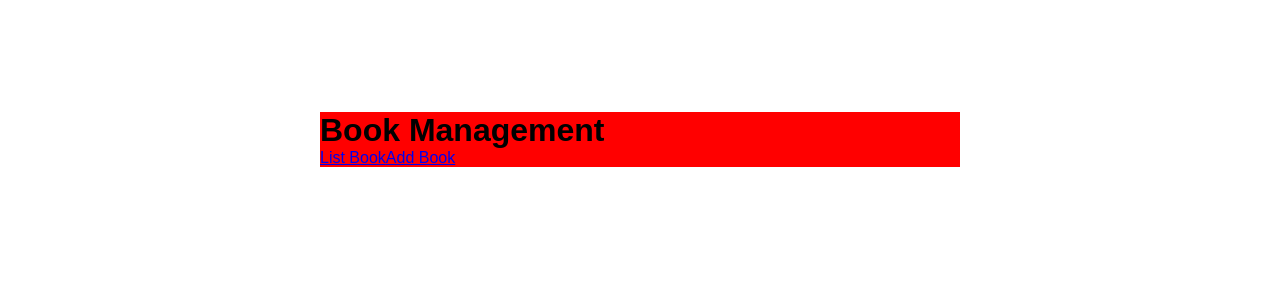
Repository: wakoya-tech/e-library-app1
Page: /
An editor plug-in stored every save of this project. The page is shown before and after the next save, followed by the edit.
The browser window is 1280 px wide. The pictures show the whole page.
The project was rebuilt for these pictures with package versions that can differ from the ones it lists, and the page was loaded fresh each time. Also part of the build but not shown: vite.config.js.

Above is the page before, as saved 2025-10-10 12:09:59.

### src/main.jsx
import React from 'react'
import ReactDOM from 'react-dom/client'
import { BrowserRouter } from 'react-router-dom'
import App from './App'
ReactDOM.createRoot(document.getElementById('root')).render(
  <React.StrictMode>
    <BrowserRouter>
    <App />
    </BrowserRouter>

  </React.StrictMode>,
)

### src/App.jsx
import './App.css';
import Header from './components/Header.jsx';
import { Routes, Route } from "react-router-dom";


function App() {
  return (
    <div className="App">
      <Header />

    </div>
  );
}

export default App;

### src/App.css
*{
  margin: 0;
  padding: 0;
  box-sizing: border-box;
}
body{
  font-family: Arial, Helvetica, sans-serif;
}
.container{
  max-width: 40rem;
  background: red;
  margin: 7rem auto 0;
}

### src/components/Header.jsx
import React from "react"
import { NavLink } from "react-router-dom"
import { BrowserRouter as Router, Routes, Route } from 'react-router-dom';
function Header(){
    const navigation =[
        {path:'/',name:'List Book'},
        { path:'/add', name:'Add Book'}
    ]
    return(<div className="container">
<header>
    <h1>Book Management</h1>
    <nav>
       {navigation.map(nav=>(
        <NavLink
        key={nav.name}
        to={nav.path}>
{nav.name}
        </NavLink>
       ))}
         </nav>
</header>
    </div>)
}
export default Header

Loaded but not shown: index.html (common file)

After the next save:
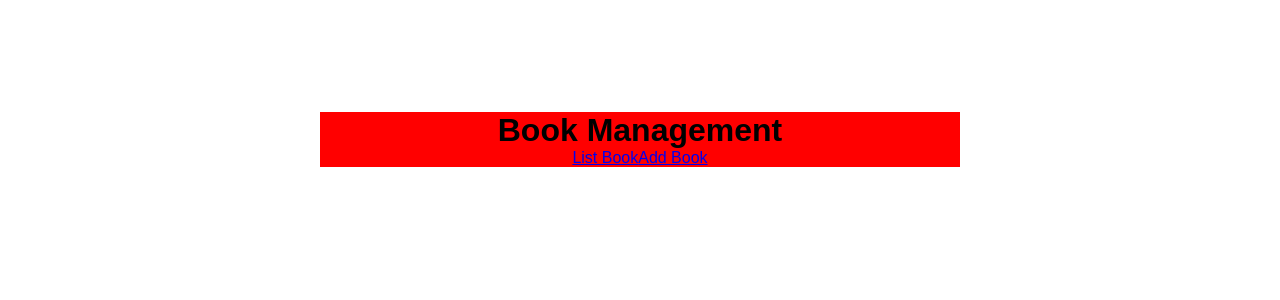
Saved 37 s later.
--- a/src/App.css
+++ b/src/App.css
@@ -11,3 +11,6 @@ body{
   background: red;
   margin: 7rem auto 0;
 }
+header{
+  text-align: center;
+}
